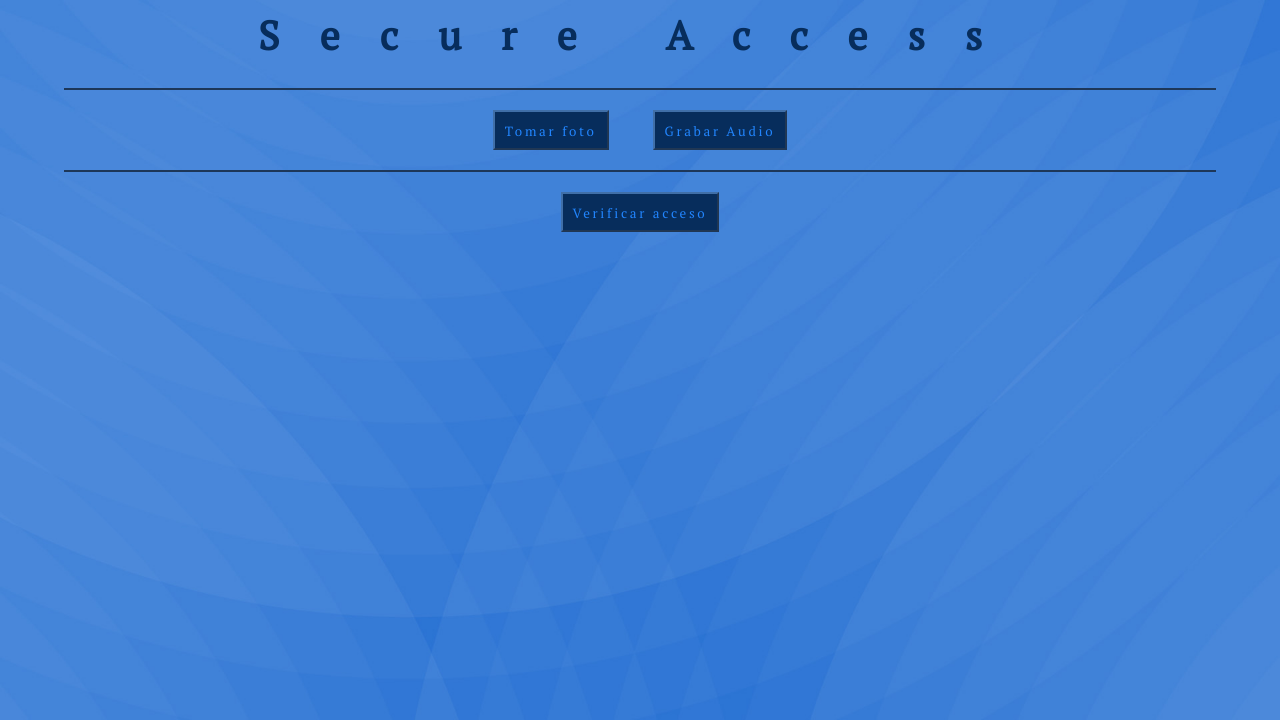
Repository: dabarreiroh/SECURE-ACCESS
Page: accessecure/templates/home/index.html
An editor plug-in stored every save of this project. The page is shown before and after the next save, followed by the edit.
The browser window is 1280 px wide. The pictures show the whole page.

Above is the page before, as saved 2020-03-16 23:56:02.

### accessecure/templates/home/index.html
<html>
    <head>
        <link rel="stylesheet" href="./../../static/admin/css/index/index.css">
        <link href="https://fonts.googleapis.com/css?family=PT+Serif&display=swap" rel="stylesheet">

    </head>
<body>

<h1>Secure Access</h1>

<div class="options">
    <input type="button" value="Tomar foto" onClick="window.location.href='photo'">
    <input type="button" value="Grabar Audio" onClick="window.location.href='audio'">
</div>


<div>
    <input type="button" value="Verificar acceso" onClick="window.location.href='verified'">
</div>

</body>
</html>

### accessecure/static/admin/css/index/index.css
*{
    text-align: center;
    font-family: 'PT Serif', serif;
}

body{
    background-image: url(../../img/background.jpg);
    background-size: cover;
}

h1{
    color: #072D5C;
    /* color: #1D3759; */
    letter-spacing: 1em;
    font-size: 40px;
}

.options{
    border: solid #1D3759;
    border-width: 2px 0px;
    width: 90vw;
    margin: 0 auto;
}

input{
    margin: 20px;
    height: 40px;
    padding: 10px;
    letter-spacing: 0.2em;
    background-color: #072D5C;
    border: 2px solid #406FA8;
    border-style: outset;
    color: rgb(34, 133, 253);

}

After the next save:
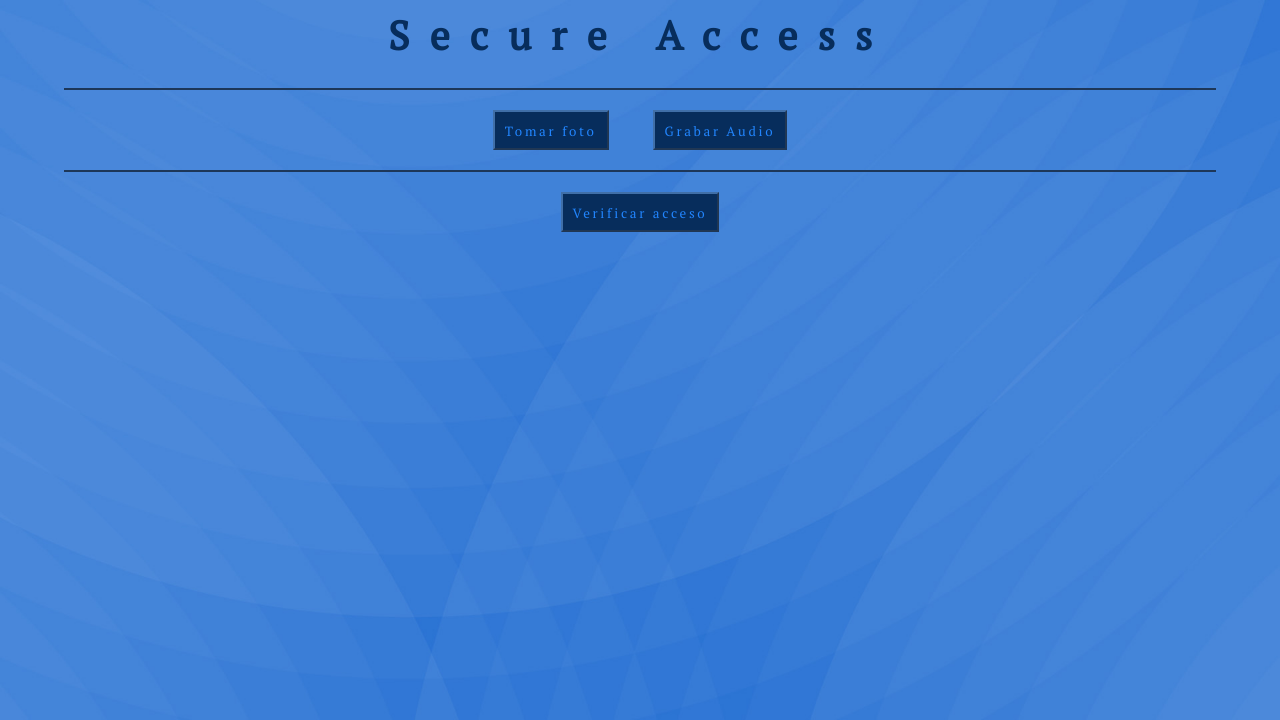
Saved 8 s later.
--- a/accessecure/static/admin/css/index/index.css
+++ b/accessecure/static/admin/css/index/index.css
@@ -11,7 +11,7 @@ body{
 h1{
     color: #072D5C;
     /* color: #1D3759; */
-    letter-spacing: 1em;
+    letter-spacing: 0.5em;
     font-size: 40px;
 }
 
